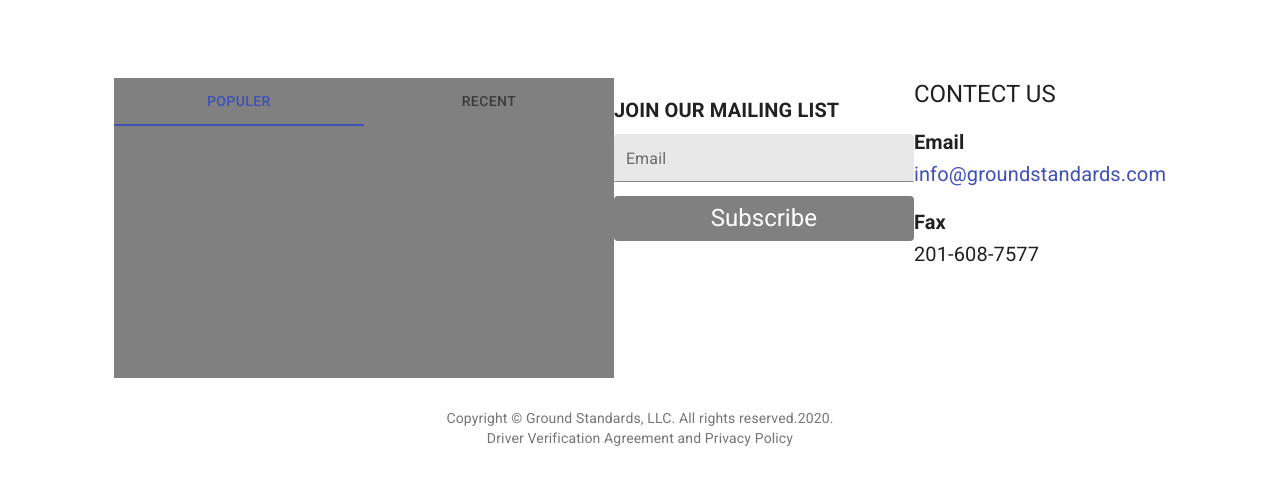
Repository: vinuvish/groundstandards_react
Page: /
An editor plug-in stored every save of this project. The page is shown before and after the next save, followed by the edit.
The browser window is 1280 px wide. The pictures show the part of the page from y = 3920 to 4416 px (the page is 4416 px tall).
The page's requests for data from a server got no answer. The project was rebuilt for these pictures with package versions that can differ from the ones it lists, and the page was loaded fresh each time. No one was signed in, and anything a server would have sent is missing. Also part of the build but not shown: src/pages/app/NotFoundPage.tsx, src/pages/app/SignUpPage.tsx, src/pages/app/AboutPage.tsx, src/pages/app/OurSolutionPage.tsx, src/pages/app/OurPartnerPage.tsx, src/pages/app/ResourcePage.tsx, src/pages/app/PressPage.tsx, src/pages/app/BlockPage.tsx and 1 more. Imported but missing from the stored project, and not drawn on this page: src/assets/video/video-2.mp4.

Above is the page before, as saved 2020-11-28 12:37:56.

### public/index.html
<!DOCTYPE html>
<html lang="en">
  <head>
    <meta charset="utf-8" />
    <link rel="icon" href="%PUBLIC_URL%/favicon.png" />
    <meta name="viewport" content="width=device-width, initial-scale=1" />
    <meta name="theme-color" content="#000000" />
    <meta name="description" content="Web site created using create-react-app" />
    <link rel="apple-touch-icon" href="%PUBLIC_URL%/logo192.png" />
    <link rel="stylesheet" href="https://fonts.googleapis.com/css?family=Roboto:300,400,500,700&display=swap" />
    <link rel="stylesheet" href="https://fonts.googleapis.com/icon?family=Material+Icons" />
    <!--
      manifest.json provides metadata used when your web app is installed on a
      user's mobile device or desktop. See https://developers.google.com/web/fundamentals/web-app-manifest/
    -->
    <link rel="manifest" href="%PUBLIC_URL%/manifest.json" />
    <!--
      Notice the use of %PUBLIC_URL% in the tags above.
      It will be replaced with the URL of the `public` folder during the build.
      Only files inside the `public` folder can be referenced from the HTML.

      Unlike "/favicon.ico" or "favicon.ico", "%PUBLIC_URL%/favicon.ico" will
      work correctly both with client-side routing and a non-root public URL.
      Learn how to configure a non-root public URL by running `npm run build`.
    -->
    <title>Ground Standard</title>
  </head>
  <body>
    <noscript>You need to enable JavaScript to run this app.</noscript>
    <div id="root"></div>
    <!--
      This HTML file is a template.
      If you open it directly in the browser, you will see an empty page.

      You can add webfonts, meta tags, or analytics to this file.
      The build step will place the bundled scripts into the <body> tag.

      To begin the development, run `npm start` or `yarn start`.
      To create a production bundle, use `npm run build` or `yarn build`.
    -->
  </body>
</html>

### src/App.tsx
import { CssBaseline, MuiThemeProvider, StylesProvider } from '@material-ui/core';
import { SnackbarProvider } from 'notistack';
import React from 'react';
import { theme } from './app_utils/MuiTheme';
import AppRouterRoutes from './AppRoutes';
import { useAppStore } from './models_stores/appStore';

function App() {
  const streamAuthUser = useAppStore((state) => state.streamAuthUser);
  const streamProducts = useAppStore((state) => state.streamDocuments);
  const streamCategories = useAppStore((state) => state.streamNotifications);
  const streamUsers = useAppStore((state) => state.streamUsers);

  React.useEffect(() => {
    streamAuthUser();
    streamCategories();
    streamUsers();
    streamProducts();
  }, []); // eslint-disable-line

  return (
    <SnackbarProvider maxSnack={3} anchorOrigin={{ vertical: 'bottom', horizontal: 'right' }}>
      <MuiThemeProvider theme={theme}>
        <CssBaseline />
        <StylesProvider injectFirst>
          <AppRouterRoutes></AppRouterRoutes>
        </StylesProvider>
      </MuiThemeProvider>
    </SnackbarProvider>
  );
}

export default App;

### src/app_utils/MuiTheme.tsx
import { createMuiTheme } from '@material-ui/core/styles';
import { BreakpointOverrides } from '@material-ui/core/styles/createBreakpoints';
import { Shadows } from '@material-ui/core/styles/shadows';

declare module '@material-ui/core/styles/createBreakpoints' {
  interface BreakpointOverrides {
    xs: true;
    sm: true;
    md: true;
    lg: true;
    xl: true;
    tablet: true;
    laptop: true;
    desktop: true;
  }
}

export const theme = createMuiTheme({
  breakpoints: {
    values: { xs: 0, sm: 600, md: 960, lg: 1280, xl: 1920, tablet: 400, laptop: 900, desktop: 1200 }
  },

  shadows: Array(25).fill('none') as Shadows,

  props: {
    MuiInput: { disableUnderline: true },
    MuiButton: { disableElevation: true },
    MuiButtonBase: { disableRipple: true },
    MuiPaper: { elevation: 0 },
    MuiCard: { elevation: 0 },
    MuiDivider: { color: 'white' },
    MuiOutlinedInput: {}
  },
  overrides: {
    MuiPaper: {
      root: {
        elevation: 0
      }
    },
    MuiCard: {
      root: {
        elevation: 0
      }
    },
    MuiButton: {
      root: {
        textTransform: 'capitalize'
      }
    }
  },
  palette: {
    background: {
      default: '#F2F5F7'
    }
  }
});

export const breakpoint = {
  xs: `(min-width: 0px)`,
  sm: `(min-width: 576px)`,
  md: `(min-width: 768px)`,
  lg: `(min-width: 992px)`,
  xl: `(min-width: 1200px)`
};

### src/AppRoutes.tsx
import { Container, createStyles, Grid, makeStyles, Theme } from '@material-ui/core';
import React from 'react';
import { Route, Router, Switch } from 'react-router-dom';
import ZAppBar from './components/ZAppBar';
import ZAppBarDrawer from './components/ZAppBarDrawer';
import NotFoundPage from './pages/app/NotFoundPage';
import SignUpPage from './pages/app/SignUpPage';
import history from './app_utils/History';
import AboutPage from './pages/app/AboutPage';
import OurSolutionPage from './pages/app/OurSolutionPage';
import OurPartnerPage from './pages/app/OurPartnerPage';
import ResourcePage from './pages/app/ResourcePage';
import PressPage from './pages/app/PressPage';
import BlockPage from './pages/app/BlockPage';
import ContactPage from './pages/app/ContactPage';
import AppHomePage from './pages/app/AppHomePage';
import ZNavBar from './components/ZNavBar';

const AppRouterRoutes = () => {
  const classes = useStyles();

  return (
    <Router history={history}>

      <ZNavBar />
      <Switch>{[AppRoutes]}</Switch>
    </Router>


  );
};


const AppRoutes = [
  <Route exact path='/' component={AppHomePage} />,
  <Route exact path='/aboutUs' component={AboutPage} />,
  <Route exact path='/signUp' component={SignUpPage} />,
  <Route exact path='/ourSolution' component={OurSolutionPage} />,
  <Route exact path='/ourPartner' component={OurPartnerPage} />,
  <Route exact path='/resource' component={ResourcePage} />,
  <Route exact path='/press' component={PressPage} />,
  <Route exact path='/blog' component={BlockPage} />,
  <Route exact path='/contact' component={ContactPage} />,
  <Route component={NotFoundPage} />
];

const useStyles = makeStyles((theme: Theme) =>
  createStyles({
    grid: {
      display: 'flex'
    },
    containerAuthenticated: {
      margin: 'auto',
      marginTop: 68,
      padding: 20,
      width: `calc(100% - 240px)`,
      [theme.breakpoints.down('md')]: {
        width: '100%'
      }
    },
    containerUnauthenticated: {}
  })
);

export default AppRouterRoutes;

### src/app_utils/History.tsx
import { createBrowserHistory } from 'history';
export default createBrowserHistory({});

### src/pages/app/AppHomePage.tsx

import * as React from 'react';
import { makeStyles, Theme } from '@material-ui/core/styles';
import ZHeroSection from '../../components/ZHeroSection';
import ZCards from '../../components/ZCards';
import ZFooter from '../../components/Zfooter';

interface Props { }

const AppHomePage: React.FC<Props> = () => {
    const classes = useStyles();
    return (
        <>
            <ZHeroSection />
            <ZCards />
            <ZFooter />
        </>
    )
};

const useStyles = makeStyles((theme: Theme) => ({
    root: {}
}));

AppHomePage.defaultProps = {};

export default AppHomePage;

### src/components/ZNavBar.tsx
import React from 'react';
import { FaBars } from 'react-icons/fa';
import { NavLink as Link } from 'react-router-dom';
import styled from 'styled-components';

function ZNavBar() {


    const navLinks = [
        { title: `about us`, path: `/aboutUs` },
        { title: `sign up!`, path: `/signUp` },
        { title: `our solution`, path: `/ourSolution` },
        { title: `our partners`, path: `/ourPartner` },
        { title: `rsources`, path: `/resource` },
        { title: `press`, path: `/press` },
        { title: `blog`, path: `/blog` },
        { title: `contact`, path: `/contact` },

    ]
    return (
        <>
            <Nav>
                <NavLink to='/'>
                    <img src={'http://groundstandards.com/wp-content/uploads/GS-logo-300.png'} alt='logo' />
                </NavLink>
                <Bars />
                <NavMenu>
                    <NavLink to='/about' >
                        About
              </NavLink>
                    <NavLink to='/services' >
                        Services
              </NavLink>
                    <NavLink to='/contact-us' >
                        Contact Us
              </NavLink>
                    <NavLink to='/sign-up' >
                        Sign Up
              </NavLink>
                    {/* Second Nav */}
                    {/* <NavBtnLink to='/sign-in'>Sign In</NavBtnLink> */}
                </NavMenu>
                <NavBtn>
                    <NavBtnLink to='/signin'>Sign In</NavBtnLink>
                </NavBtn>
            </Nav>
        </>
    );
}

export default ZNavBar

export const Nav = styled.nav`
  background: white;
  height: 80px;
  display: flex;
  justify-content: space-between;
  padding: 0.5rem calc((100vw - 1000px) / 2);
  z-index: 10;
  /* Third Nav */
  /* justify-content: flex-start; */
`;

export const NavLink = styled(Link)`
  color:    black;
  display: flex;
  align-items: center;
  text-decoration: none;
  padding: 0 1rem;
  height: 100%;
  cursor: pointer;
  &.active {
    color: #15cdfc;
  }
`;

export const Bars = styled(FaBars)`
  display: none;
  color: #fff;
  @media screen and (max-width: 768px) {
    display: block;
    position: absolute;
    top: 0;
    right: 0;
    transform: translate(-100%, 75%);
    font-size: 1.8rem;
    cursor: pointer;
  }
`;

export const NavMenu = styled.div`
  display: flex;
  align-items: center;
  margin-right: -24px;
  /* Second Nav */
  /* margin-right: 24px; */
  /* Third Nav */
  /* width: 100vw;
  white-space: nowrap; */
  @media screen and (max-width: 768px) {
    display: none;
  }
`;

export const NavBtn = styled.nav`
  display: flex;
  align-items: center;
  margin-right: 24px;
  /* Third Nav */
  /* justify-content: flex-end;
  width: 100vw; */
  @media screen and (max-width: 768px) {
    display: none;
  }
`;

export const NavBtnLink = styled(Link)`
  border-radius: 4px;
  background: #256ce1;
  padding: 10px 22px;
  color: #fff;
  outline: none;
  border: none;
  cursor: pointer;
  transition: all 0.2s ease-in-out;
  text-decoration: none;
  /* Second Nav */
  margin-left: 24px;
  &:hover {
    transition: all 0.2s ease-in-out;
    background: #fff;
    color: #010606;
  }
`;

### src/firebase/firebase.tsx
import firebase from 'firebase/app';
import 'firebase/firestore';
import 'firebase/auth';
import 'firebase/storage';

const firebaseConfig = {
  apiKey: 'AIzaSyBWf1JYtcld5rEhou2YyANxAtl20AylP80',
  authDomain: 'groundstandards-8a1dd.firebaseapp.com',
  databaseURL: 'https://groundstandards-8a1dd.firebaseio.com',
  projectId: 'groundstandards-8a1dd',
  storageBucket: 'groundstandards-8a1dd.appspot.com',
  messagingSenderId: '137110708999',
  appId: '1:137110708999:web:ab0b42be7878425a805ba2',
  measurementId: 'G-V8H0LZB9DH'
};

if (!firebase.apps.length) firebase.initializeApp(firebaseConfig);

const firestore = firebase.firestore();
const auth = firebase.auth();

export { firebase as fireFirebase, firestore as fireFirestore, auth as fireAuth };

### src/models/AuthUserModel.ts
export class AuthUser implements IAuthUser {
  email: string;
  firstName: string;
  id: string;
  lastName: string;
  isActive: boolean;
  isAdmin: boolean;
  timestampAdded: Date;
  timestampLastLogin: Date;

  constructor(x: IAuthUser) {
    this.email = x.email;
    this.firstName = x.firstName;
    this.id = x.id;
    this.lastName = x.lastName;
    this.isActive = x.isActive;
    this.isAdmin = x.isAdmin;
    this.timestampAdded = x.timestampAdded;
    this.timestampLastLogin = x.timestampLastLogin;
  }

  static fromFirestore(doc: firebase.firestore.DocumentSnapshot<firebase.firestore.DocumentData>): AuthUser | null {
    const data = doc.data();
    if (!data) return null;

    return new AuthUser({
      email: data['email'] ?? '',
      firstName: data['firstName'] ?? '',
      id: doc.id,
      lastName: data['lastName'] ?? '',
      isActive: data['isActive'] ?? true,
      isAdmin: data['isAdmin'] ?? false,
      timestampAdded: data['timestampAdded']?.toDate() ?? new Date(),
      timestampLastLogin: data['timestampLastLogin']?.toDate() ?? new Date()
    });
  }

  getFullName(): string {
    return `${this.firstName} ${this.lastName}`;
  }
}

interface IAuthUser {
  email: string;
  firstName: string;
  id: string;
  lastName: string;
  isActive: boolean;
  isAdmin: boolean;
  timestampAdded: Date;
  timestampLastLogin: Date;
}
export interface IAuthUserRegister {
  email: string;
  firstName: string;
  lastName: string;
  password: string;
  isAdmin: boolean;
}

export interface IAuthUserUpdate {
  id: string;
  firstName: string;
  lastName: string;
  isActive: boolean;
  isAdmin: boolean;
}

### src/models/NotificationModel.ts
export class NotificationModel implements IEventModel {
  body: string;
  title: string;
  linkUrl: string;
  id: string;
  timestampAdded: Date;

  constructor(x: IEventModel) {
    {
      this.id = x.id;
      this.linkUrl = x.linkUrl;
      this.body = x.body;
      this.timestampAdded = x.timestampAdded;
      this.title = x.title;
    }
  }

  static fromFirestore(doc: firebase.firestore.DocumentSnapshot<firebase.firestore.DocumentData>): NotificationModel | null {
    const data = doc.data();
    if (!data) return null;
    return new NotificationModel({
      body: data['body'] ?? '',
      id: doc.id,
      linkUrl: data['linkUrl'] ?? '',
      timestampAdded: data['timestampAdded']?.toDate() ?? Date.now(),
      title: data['title'] ?? ''
    });
  }
}

interface IEventModel {
  body: string;
  title: string;
  linkUrl: string;
  id: string;
  timestampAdded: Date;
}

### src/components/ZHeroSection.tsx
import { createStyles, makeStyles, Theme } from '@material-ui/core';
import React from 'react';
function ZHeroSection() {
  const classes = useStyles();

  return (
    <div className={classes.heroContainer}>
      <video className={classes.video} src={require('../assets/video/video-2.mp4')} autoPlay loop muted />
      <h1>RIDE WITH CONFIDENCE </h1>
      <p>Delivering Certification and Audit Standards
to the Ground Transportation Industry</p>

    </div >
  );
}

export default ZHeroSection;

const useStyles = makeStyles((theme: Theme) =>
  createStyles({
    video: {
      objectFit: 'cover',
      width: '100vw',
      height: '100%',
      position: 'fixed',
      zIndex: -'1'
    },
    heroContainer: {
      width: '100vw',
      height: '100vh',
      display: 'flex',
      flexDirection: 'column',
      justifyContent: 'center',
      alignItems: 'center',
      boxShadow: 'inset 0 0 0 1000px rgba(0, 0, 0, 0.2)',
      objectFit: 'contain',
      fontSize: '30px',
      color: 'white'

    },

  })
);

### src/components/Zfooter.tsx
import { Tabs, Tab, Box, Container, Grid, Link, makeStyles, Typography, Button } from '@material-ui/core';
import { useSnackbar } from 'notistack';
import React from 'react';
import { useForm } from 'react-hook-form';
import ZTextFormField from './ZTextFromField';

export default function ZFooter() {
    const classes = useStyles();
    const [value, setValue] = React.useState(0);
    const { handleSubmit, errors, control, getValues } = useForm<FormData>({ mode: 'onSubmit', reValidateMode: 'onChange' });
    const { enqueueSnackbar } = useSnackbar();
    const handleChange = (event: React.ChangeEvent<{}>, newValue: number) => {
        setValue(newValue);
    };

    const handleChangeIndex = (index: number) => {
        setValue(index);
    };
    type FormData = {
        email: string;
    };

    const onSubmit = handleSubmit(async (data: FormData) => {
        console.log('from', data);
        try {

            enqueueSnackbar('Email sent');
        } catch (error) {
            console.log(error);
            enqueueSnackbar(error.message);
        }
    });
    function a11yProps(index: any) {
        return {
            id: `full-width-tab-${index}`,
            'aria-controls': `full-width-tabpanel-${index}`,
        };
    }
    return (
        <footer className={classes.footer}>
            <Container maxWidth="lg">
                <Grid container direction='row' className={classes.grid} >
                    <Grid item xs={12}>
                        <Grid container justify="center" spacing={5}>
                            <div className={classes.tab}>
                                <Tabs value={value}
                                    onChange={handleChange}
                                    indicatorColor="primary"
                                    textColor="primary"
                                    variant="fullWidth"
                                    aria-label="full width tabs example">
                                    <Tab label="Populer" {...a11yProps(0)} />
                                    <Tab label="Recent" {...a11yProps(1)} />
                                </Tabs>

                            </div>
                            <div className={classes.emailSubscription}>
                                <Typography variant='h6' >
                                    <Box fontWeight={900} paddingTop={2}>
                                        JOIN OUR MAILING LIST</Box>
                                </Typography>

                                <ZTextFormField
                                    variant='filled'
                                    defaultValue={getValues().email}
                                    error={errors.email}
                                    rules={{ required: 'Invalid email address', pattern: { value: /^[A-Z0-9._%+-]+@[A-Z0-9.-]+\.[A-Z]{2,}$/i, message: 'Invalid email address' } }}
                                    label='Email'
                                    name='email'
                                    control={control}
                                />
                                <Button type='submit' className={classes.submitButton} onClick={onSubmit} fullWidth variant='contained' color='primary' size='large'>
                                    <Typography variant='h5' >
                                        Subscribe
                       </Typography>
                                </Button>
                            </div>
                            <div >
                                <Typography variant='h5' >
                                    CONTECT US
                       </Typography>
                                <Typography variant='h6' >
                                    <Box fontWeight={900} paddingTop={2}>
                                        Email</Box>
                                </Typography>
                                <Link href="#" >
                                    <Typography variant='h6' >
                                        <Box fontWeight={400} >
                                            info@groundstandards.com

                                </Box>
                                    </Typography>
                                </Link>
                                <Typography variant='h6' >
                                    <Box fontWeight={900} paddingTop={2}>
                                        Fax</Box>
                                </Typography>

                                <Typography variant='h6' >
                                    <Box fontWeight={400} >
                                        201-608-7577
                                </Box>
                                </Typography>
                            </div>
                        </Grid>
                    </Grid>
                </Grid>


                <Typography variant="body2" color="textSecondary" align="center">
                    {'Copyright © '}
                    <Link color="inherit" href="https://material-ui.com/">
                        Ground Standards, LLC. All rights reserved.
                    </Link>
                    {new Date().getFullYear()}
                    {'.'}
                </Typography>
                <Typography variant="body2" color="textSecondary" align="center">
                    Driver Verification Agreement and Privacy Policy
                </Typography>
            </Container>
        </footer >

    );

}
const useStyles = makeStyles((theme) => ({
    footer: {
        backgroundColor: theme.palette.background.paper,
        padding: theme.spacing(6, 0),
        flex: 1,
        justifyContent: 'center',
        alignItems: 'center',
        position: 'relative',
        width: '100vW'
    },
    tab: {
        backgroundColor: 'grey',
        color: 'grey',
        width: 500,
        height: 300,

        variant: "scrollable"
    },
    emailSubscription: {

        width: 300,
    },
    submitButton: {
        height: '45px',
        background: 'grey',
        margin: '10px 0px'
    }, grid: {
        padding: '50px',
        justifyContent: 'center',
        alignItems: 'center',
    },
}));

### src/components/ZCardItem.tsx
import { Box, createStyles, makeStyles, Theme } from '@material-ui/core';
import Button from '@material-ui/core/Button';
import Card from '@material-ui/core/Card';
import CardActions from '@material-ui/core/CardActions';
import CardContent from '@material-ui/core/CardContent';
import Typography from '@material-ui/core/Typography';


import React from 'react';


interface Props {
    title: string,
    body: string,
    path: string,
    height?: string;
}


const ZCardItem: React.FC<Props> = ({ title, body, path, height }) => {
    const classes = useStyles();
    return (
        <Box border={1} color="white" borderRadius={0}>
            <Card className={classes.card} variant="outlined"  >
                <CardContent>
                    <Typography className={classes.title} color="textSecondary" gutterBottom>
                        {title}
                    </Typography>

                    <Typography className={classes.body} color="textSecondary">
                        {body}
                    </Typography>

                </CardContent>
                <CardActions className={classes.button}>
                    <Button size="large" variant='contained' color='primary' >Learn More</Button>
                </CardActions>
            </Card>
        </Box>
    );
}
ZCardItem.defaultProps = {};

export default ZCardItem;

const useStyles = makeStyles((theme: Theme) =>
    createStyles({

        card: {
            minWidth: 275,
            minHeight: 200,
            width: '350px',
            paddingTop: '20px',
            background: 'black'

        },

        title: {
            fontSize: 25,
            textAlign: 'center',
            fontWeight: 900,
            color: 'white'
        },
        body: {
            marginBottom: 5,
            marginTop: '20px',
            padding: 10,
            fontSize: 16,
            color: '#A8A8A8',
            fontWeight: 300,
            letterSpacing: 1
        },
        button: { justifyContent: 'center', marginBottom: 20, }
    })

);

### src/components/ZTextFromField.tsx
import * as React from 'react';
import { makeStyles, TextField, Theme } from '@material-ui/core';
import { Controller, FieldError, Control } from 'react-hook-form';

interface Props {
  label: string;
  defaultValue?: string;
  className?: string;
  control: Control;
  error?: FieldError | undefined;
  name: string;
  rules?: any;
  rows?: number;
  type?: string;
  disabled?: boolean;
  variant?: 'standard' | 'filled' | 'outlined' | undefined;
}

const ZTextFormField: React.FC<Props> = ({ label, defaultValue, className, control, name, rules, rows, type, variant, error, disabled }) => {
  const classes = useStyles();
  return (
    <div key={name} className={className}>
      <Controller
        key={name}
        as={
          <TextField
            InputProps={{
              classes: { root: classes.root }
            }}
            disabled={disabled ?? false}
            name={name}
            error={error?.message ? true : false}
            helperText={error?.message ? error.message : undefined}
            fullWidth
            margin='dense'
            multiline={type ? false : true}
            rows={type ? undefined : rows}
            type={type}
            variant={(variant ?? 'outlined') as any}
          />
        }
        rules={rules ?? { required: 'This field is required' }}
        autoComplete='false'
        label={label}
        name={name}
        control={control}
        defaultValue={defaultValue ?? ''}
      />
    </div>
  );
};

const useStyles = makeStyles((theme: Theme) => ({
  root: {
    borderRadius: '4px'
  }
}));

ZTextFormField.defaultProps = {};

export default ZTextFormField;

// rules={register({
//             required: true,
//             pattern: {
//               value: /^[A-Z0-9._%+-]+@[A-Z0-9.-]+\.[A-Z]{2,}$/i,
//               message: 'Invalid email address',
//             },
//           })}

Loaded but not shown: src/index.tsx (common file); src/styles/index.css (common file); src/components/ZCards.tsx (200 lines, source omitted); src/models/DocumentModel.ts (144 lines, source omitted); src/models_stores/appStore.ts (105 lines, source omitted)

After the next save:
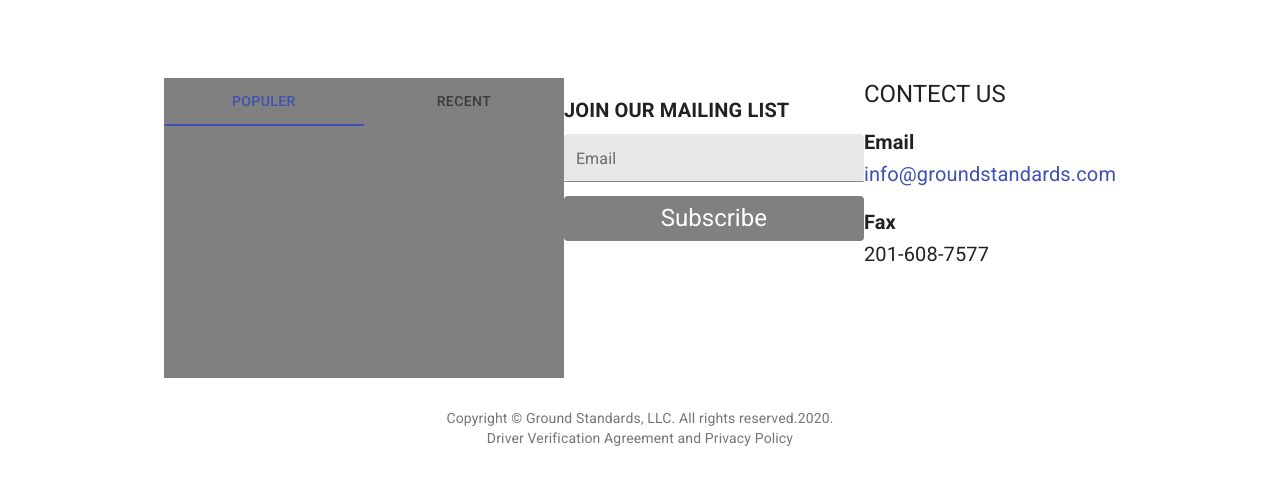
Saved 12 s later.
--- a/src/components/Zfooter.tsx
+++ b/src/components/Zfooter.tsx
@@ -137,7 +137,7 @@ const useStyles = makeStyles((theme) => ({
     tab: {
         backgroundColor: 'grey',
         color: 'grey',
-        width: 500,
+        width: 400,
         height: 300,
 
         variant: "scrollable"
